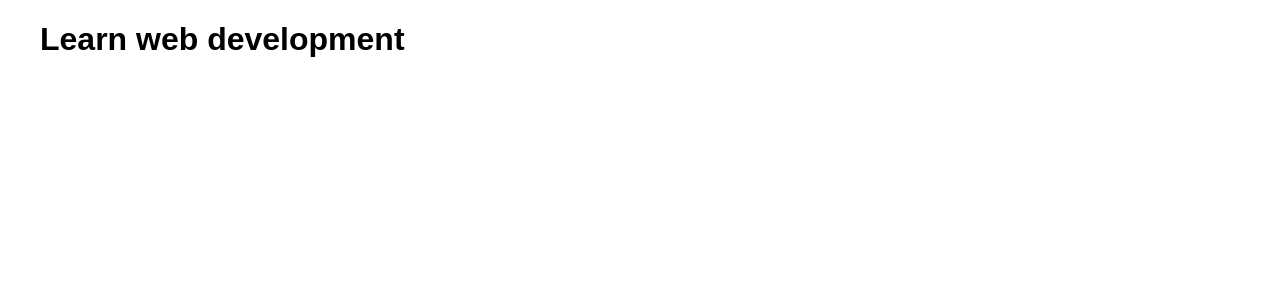
Repository: sriram1224/ReactProjects.github.io
Page: Assignments/Assignment2/index.html
An editor plug-in stored every save of this project. The page is shown before and after the next save, followed by the edit.
The browser window is 1280 px wide. The pictures show the whole page.

Above is the page before, as saved 2024-03-01 10:43:39.

After the next save:
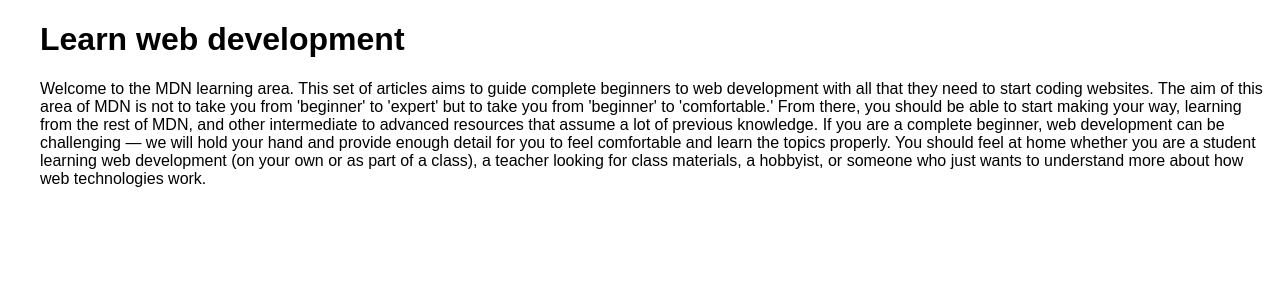
Saved 2 min 43 s later.
--- a/Assignments/Assignment2/index.html
+++ b/Assignments/Assignment2/index.html
@@ -29,17 +29,18 @@
       'div',
       null,
       [
-      React.createElement(
-        'h1',
-        {id: 'title'},
-        'Learn web development'
-      ),
-      React.createElement(
-      'p',
-      {id: 'para'},
-      ''),
-
-      ]);
+        React.createElement(
+          'h1',
+          {id: 'title'},
+          'Learn web development'
+        ),
+        React.createElement(
+          'p',
+          {id: 'para'},
+          "Welcome to the MDN learning area. This set of articles aims to guide complete beginners to web development with all that they need to start coding websites. The aim of this area of MDN is not to take you from 'beginner' to 'expert' but to take you from 'beginner' to 'comfortable.' From there, you should be able to start making your way, learning from the rest of MDN, and other intermediate to advanced resources that assume a lot of previous knowledge. If you are a complete beginner, web development can be challenging — we will hold your hand and provide enough detail for you to feel comfortable and learn the topics properly. You should feel at home whether you are a student learning web development (on your own or as part of a class), a teacher looking for class materials, a hobbyist, or someone who just wants to understand more about how web technologies work."
+        ),
+      ]
+    );
 
 
 
@@ -49,7 +50,7 @@
         'div',
         null,
         [
-          React.createElement(TopicHeader),
+          React.createElement(TopicHeader,null,null),
         ]
       ),
       document.getElementById('root')
